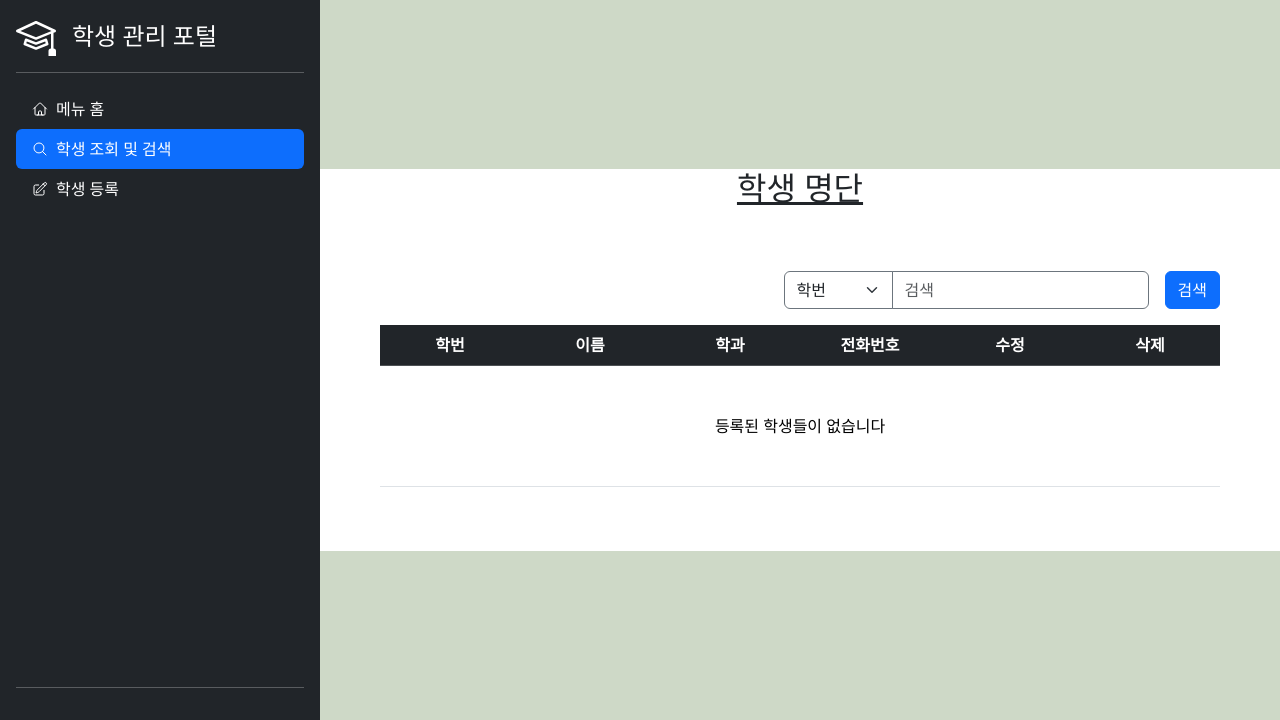
Repository: invisibleufo101/StudentManagementWeb
Page: http://localhost/HSW_Web/browseStudents.do
These files come from the project's save history. The page is drawn as it stood at one moment and after the next save; the edit follows.
The browser window is 1280 px wide. The pictures show the whole page.
The page is served by Tomcat 9. Queries for data that is not in the repository find no rows.

Above is the page before, as saved 2024-09-25 00:35:42.

After the next save:
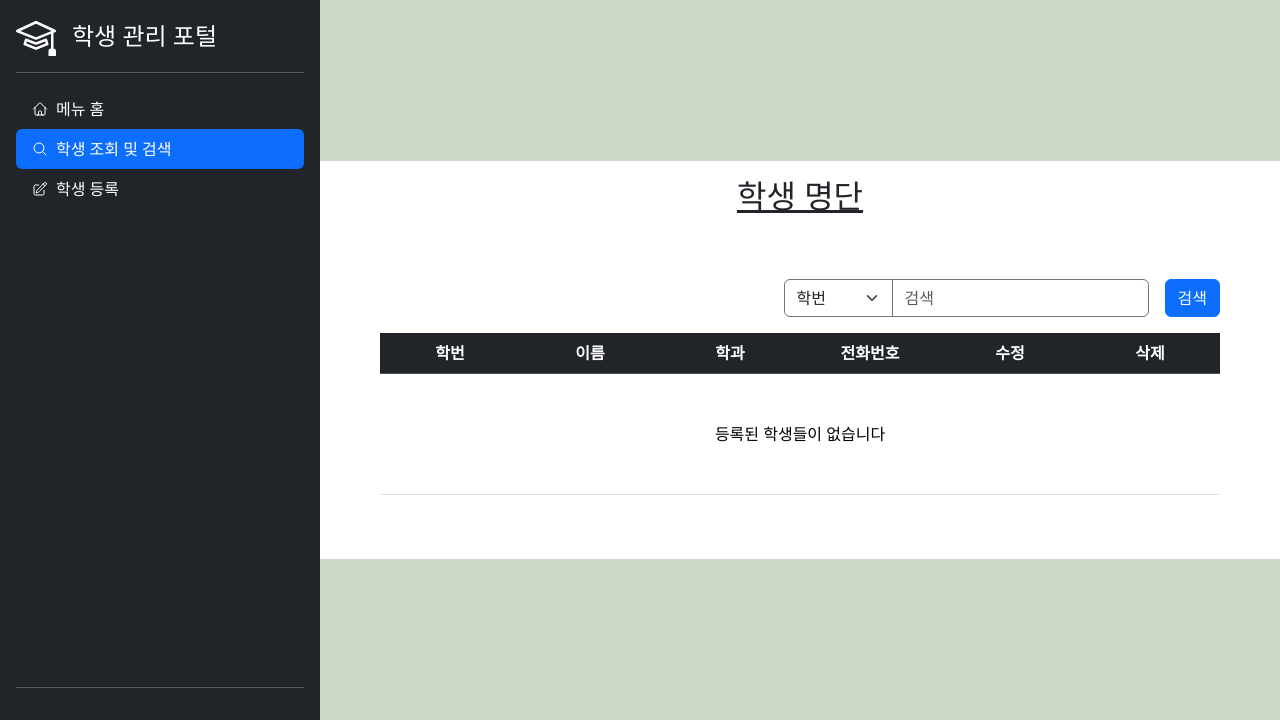
Saved 21 s later.
--- a/HSW_Web/src/main/java/com/university/controller/BrowseStudentsServlet.java
+++ b/HSW_Web/src/main/java/com/university/controller/BrowseStudentsServlet.java
@@ -132,7 +132,7 @@ public class BrowseStudentsServlet extends HttpServlet {
 		out.println("<section class='d-flex justify-content-center align-items-center' style='width: 75vw; background-color: #ced9c7;'>");
 		out.println("<!-- Start of Student List -->");
 		out.println("<div class='container mx-auto bg-white' style='max-height: 80vh; overflow-y: auto;'>");
-		out.println("<h2 class='text-center text-decoration-underline mb-3'>학생 명단</h2>");
+		out.println("<h2 class='pt-3 text-center text-decoration-underline mb-3'>학생 명단</h2>");
 
 		// 검색
 
